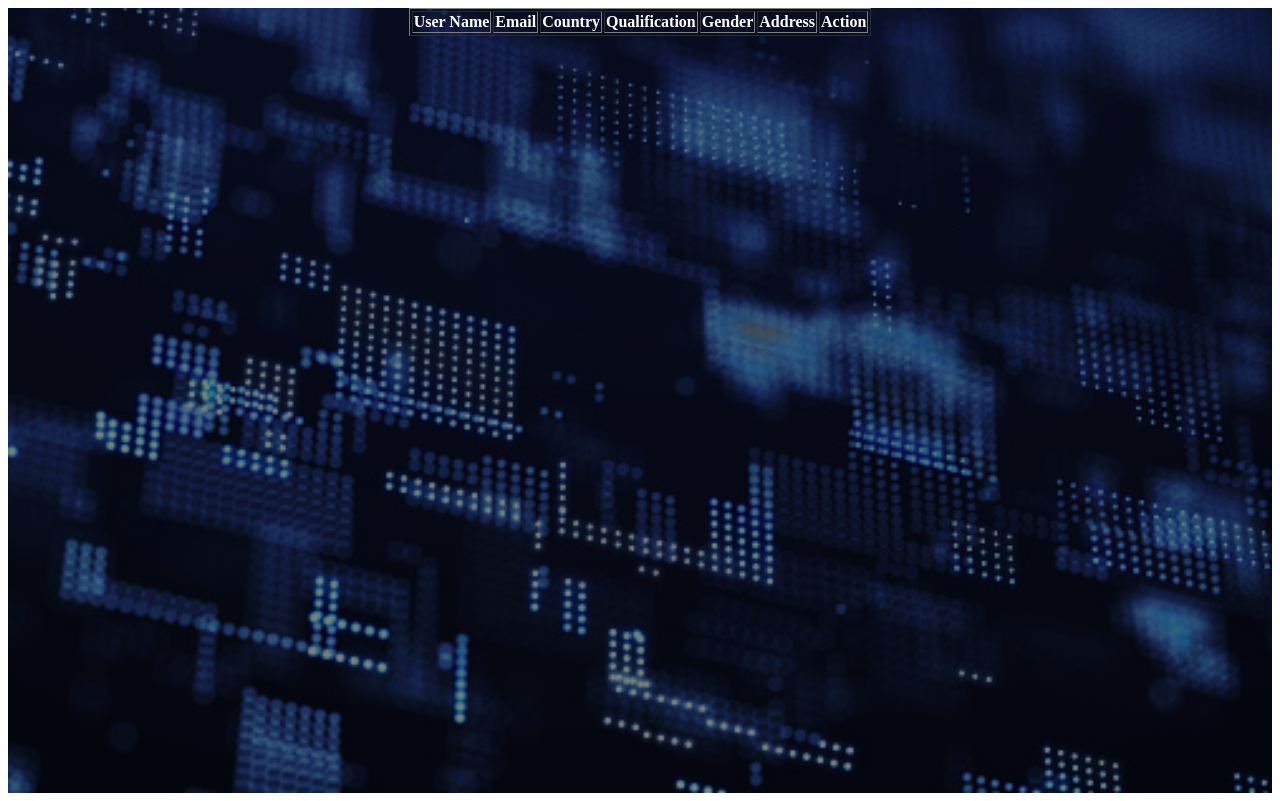
Repository: sainath0323/Website-design-using-J2EE
Page: http://localhost/AdvanceJavaApplication/viewsuccess.jsp
An editor plug-in stored every save of this project. The page is shown before and after the next save, followed by the edit.
The browser window is 1280 px wide. The pictures show the whole page.
The page is served by Tomcat 9.

Above is the page before, as saved 2023-04-28 07:27:48.

After the next save:
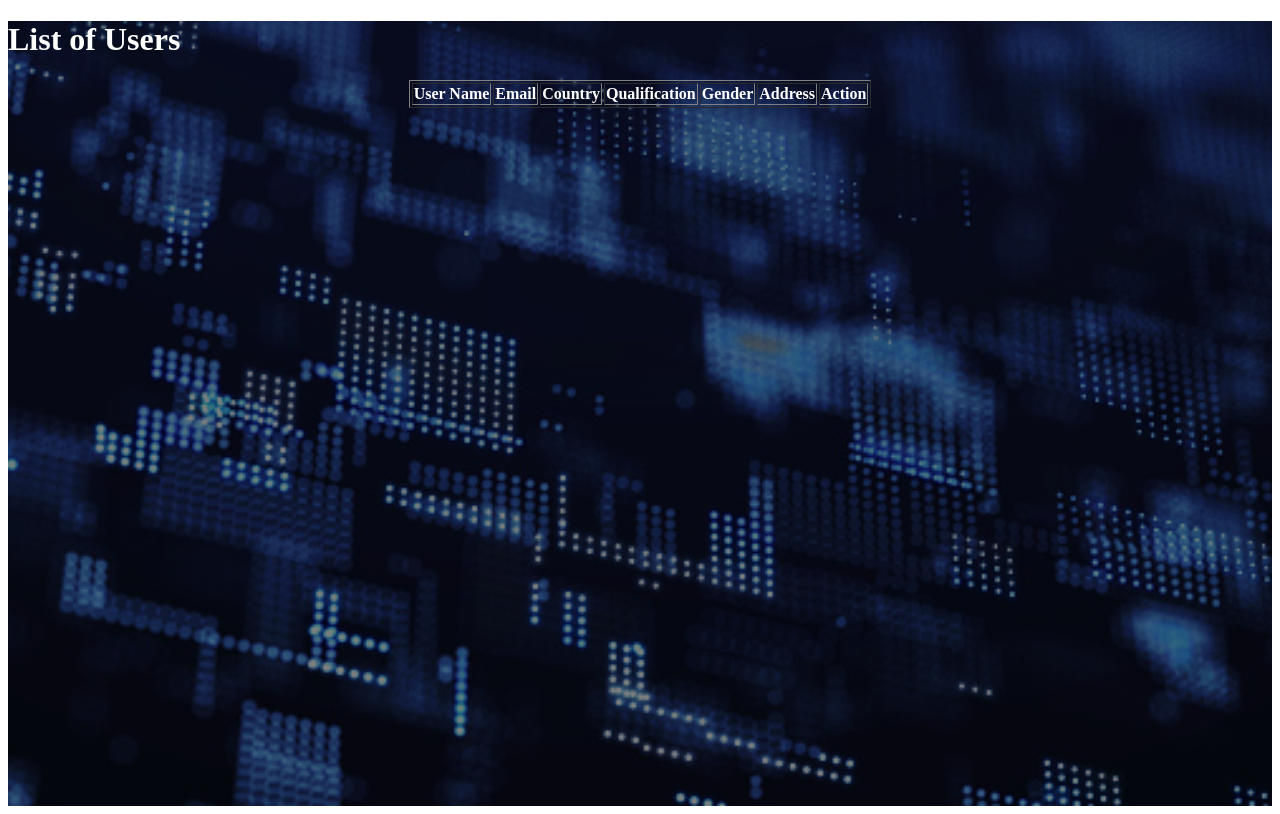
Saved 84 min 48 s later.
--- a/AdvanceJavaApplication/src/main/webapp/viewsuccess.jsp
+++ b/AdvanceJavaApplication/src/main/webapp/viewsuccess.jsp
@@ -23,6 +23,8 @@
 </head>
 <body>
 <div class="container">
+<h1>List of Users</h1>
+
 <table border="1">
 <tr>
 <th>User Name</th>
